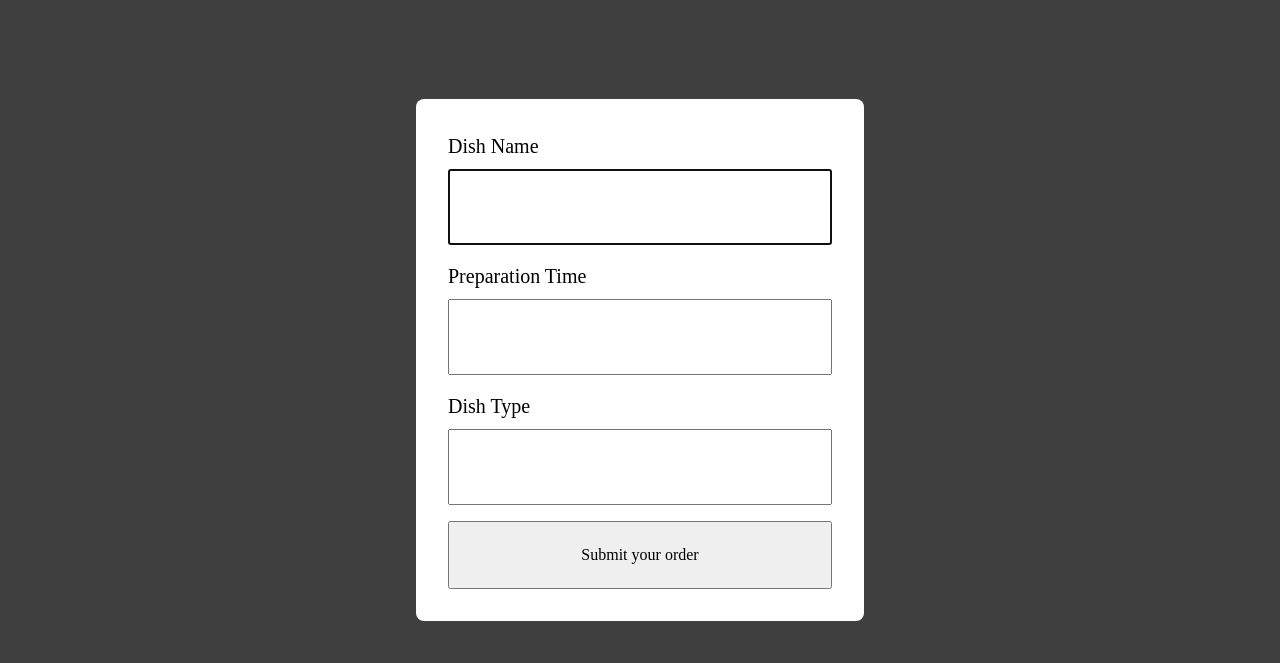
Repository: hjubsoni/hex-ocean-task
Page: /, after clicking the first element matching `button.order-button`
These files come from the project's save history. The page is drawn as it stood at one moment and after the next save; the edit follows.
The browser window is 1280 px wide. The pictures show the whole page.
The project was rebuilt for these pictures with package versions that can differ from the ones it lists, and the page was loaded fresh each time. Also part of the build but not shown: vite.config.ts.

Above is the page before, as saved 2023-03-21 22:35:38.

### index.html
<!DOCTYPE html>
<html lang="en">
  <head>
    <meta charset="UTF-8" />
    <link rel="icon" type="image/svg+xml" href="/vite.svg" />
    <meta
      name="viewport"
      content="width=device-width, initial-scale=1.0"
    />
    <title>Vite + React + TS</title>
  </head>
  <body>
    <div id="root"></div>
    <script type="module" src="/src/main.tsx"></script>
  </body>
</html>

### src/App.tsx
import React from 'react';
import './App.css';
import { ShoppingBag } from 'react-feather';
import ModalForm from './components/ModalForm';

function App() {
  const [isModalOpen, setIsModalOpen] = React.useState(false);

  const toggleIsOpenModal = () => {
    setIsModalOpen(!isModalOpen);
  };

  return (
    <>
      <div className="wrapper">
        <button className="order-button" onClick={toggleIsOpenModal}>
          <div className="icon-wrapper">
            <ShoppingBag color="white" />
          </div>
          <span className="order-button-text">Order</span>
        </button>
      </div>
      {isModalOpen && <ModalForm handleDismiss={toggleIsOpenModal} />}
    </>
  );
}

export default App;

### src/index.css
*,
*::before,
*::after {
  box-sizing: border-box;
}

* {
  margin: 0;
}

html,
body,
#root {
  height: 100%;
}

body {
  line-height: 1.5;
  -webkit-font-smoothing: antialiased;
}

img,
picture,
video,
canvas,
svg {
  display: block;
  max-width: 100%;
}

input,
button,
textarea,
select {
  font: inherit;
}

p,
h1,
h2,
h3,
h4,
h5,
h6 {
  overflow-wrap: break-word;
}

#root,
#__next {
  isolation: isolate;
}

### src/App.css
.wrapper {
  height: 100%;
  display: flex;
  justify-content: center;
  align-items: center;
}

.order-button {
  display: flex;
  width: 180px;
  height: 2.625rem;
  align-items: center;
  padding: 4px 8px;
  gap: 8px;
  border-radius: 8px;
  background: #184fee;
  cursor: pointer;
  border: none;
}

.order-button-text {
  font-size: 1.5rem;
  color: white;
  margin-left: auto;
  margin-right: auto;
}

.icon-wrapper {
  animation-duration: 2s;
}

.order-button:hover > .icon-wrapper {
  animation-name: bounce;
  animation-timing-function: cubic-bezier(0.28, 0.84, 0.42, 1);
}
@keyframes bounce {
  0% {
    transform: scale(1, 1) translateY(0);
  }
  10% {
    transform: scale(1.1, 0.9) translateY(0);
  }
  30% {
    transform: scale(0.9, 1.1) translateY(-5px);
  }
  50% {
    transform: scale(1.05, 0.95) translateY(0);
  }
  57% {
    transform: scale(1, 1) translateY(-2px);
  }
  64% {
    transform: scale(1, 1) translateY(0);
  }
  100% {
    transform: scale(1, 1) translateY(0);
  }
}

### src/components/ModalForm/index.tsx
export { default } from './ModalForm';

### src/components/ModalForm/ModalForm.tsx
import React from 'react';
import FocusLock from 'react-focus-lock';
import { X } from 'react-feather';
import './styles.css';

function ModalForm({ handleDismiss }: { handleDismiss: () => void }) {
  return (
    <FocusLock>
      <div className="wrapper">
        <div className="backdrop" />
        <form className="modal-form">
          <div>
            <label className="form-label">Dish Name</label>
            <input className="form-input" />
          </div>
          <div>
            <label className="form-label">Preparation Time</label>
            <input className="form-input" />
          </div>
          <div>
            <label className="form-label">Dish Type</label>
            <input className="form-input" />
          </div>
          <button type="submit" className="submit-button">
            Submit your order
          </button>
        </form>
      </div>
    </FocusLock>
  );
}

export default ModalForm;

### src/components/ModalForm/styles.css
.wrapper {
  position: fixed;
  inset: 0;
  display: grid;
  place-content: center;
  padding: 16px;
}

.backdrop {
  position: absolute;
  inset: 0;
  background: hsl(0deg 0% 0% / 0.75);
}

.modal-form {
  position: relative;
  background: white;
  border-radius: 8px;
  padding: 32px;
  display: flex;
  flex-direction: column;
  gap: 16px;
  width: 100%;
  min-width: 28rem;
}

.form-label {
  display: inline-block;
  font-weight: 500;
  font-size: 1.25rem;
}

.form-input {
  display: block;
  padding: 1.125rem;
  margin-top: 0.5rem;
  width: 100%;
  font-size: 1.5rem;
}

.submit-button {
  padding: 1.25rem;
}

Loaded but not shown: src/main.tsx (common file)

After the next save:
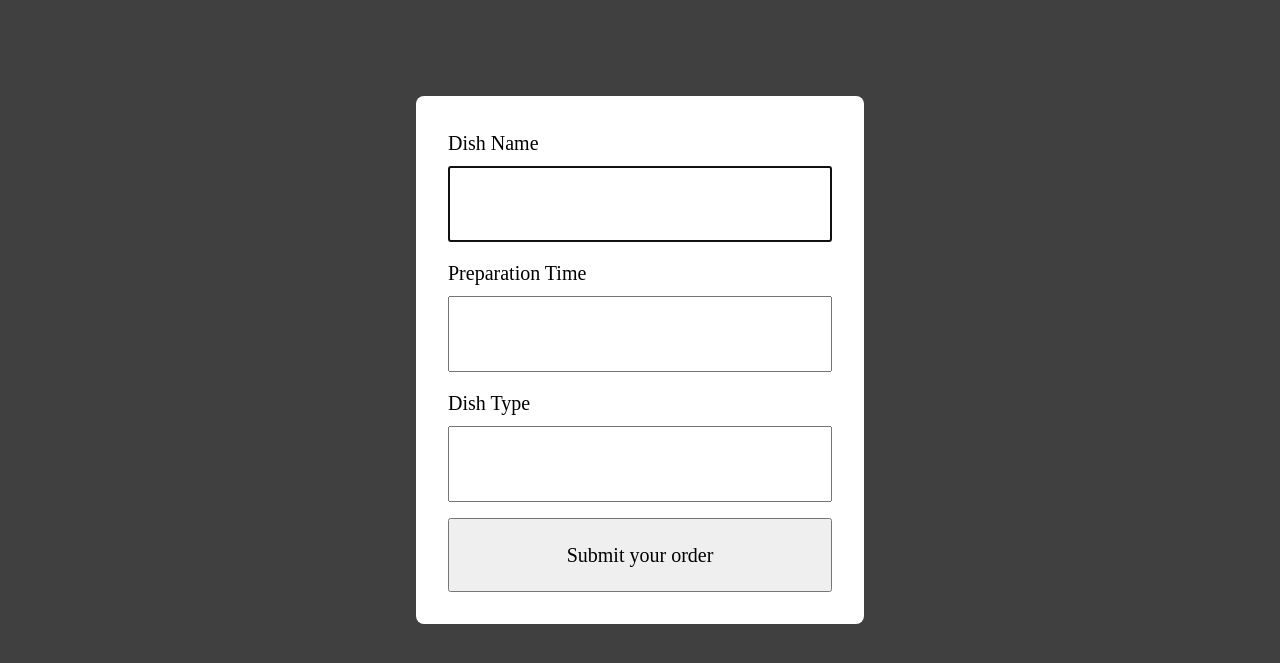
Saved 13 s later.
--- a/src/components/ModalForm/styles.css
+++ b/src/components/ModalForm/styles.css
@@ -40,4 +40,5 @@
 
 .submit-button {
   padding: 1.25rem;
+  font-size: 1.25rem;
 }
